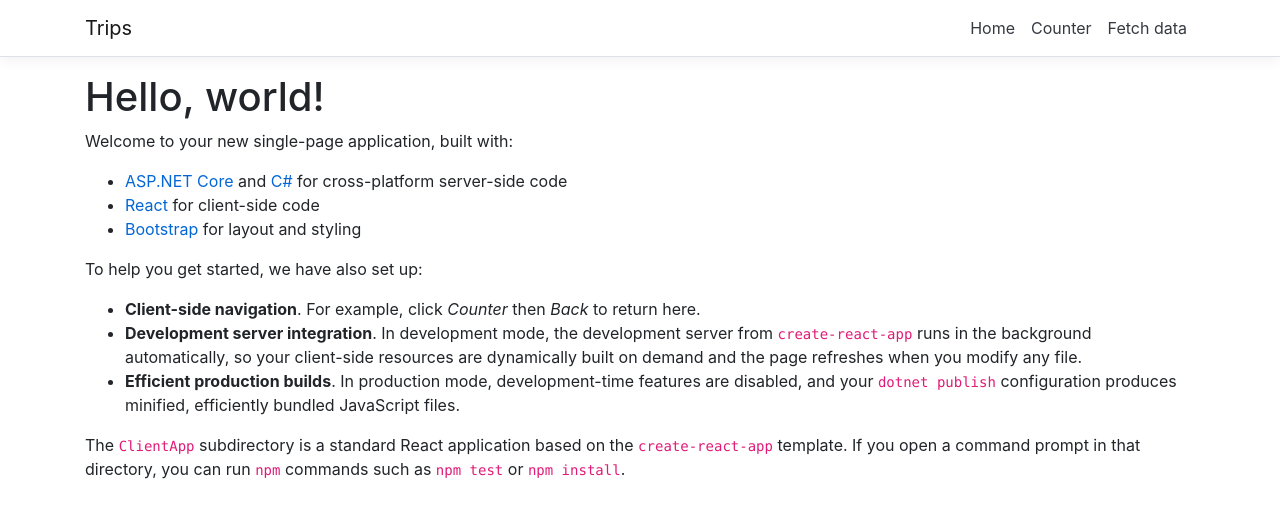
Repository: DevLuDaley/Trips
Page: / (app in ClientApp/)
An editor plug-in stored every save of this project. The page is shown before and after the next save, followed by the edit.
The browser window is 1280 px wide. The pictures show the whole page.
The project was rebuilt for these pictures with package versions that can differ from the ones it lists, and the page was loaded fresh each time. Also part of the build but not shown: ClientApp/src/components/FetchData.js, ClientApp/src/components/Counter.js, ClientApp/src/components/Trip/Trips.jsx.

Above is the page before, as saved 2020-11-06 10:45:52.

### ClientApp/public/index.html
<!DOCTYPE html>
<html lang="en">
  <head>
    <meta charset="utf-8">
    <meta name="viewport" content="width=device-width, initial-scale=1, shrink-to-fit=no">
    <meta name="theme-color" content="#000000">
    <base href="%PUBLIC_URL%/" />
    <!--
      manifest.json provides metadata used when your web app is added to the
      homescreen on Android. See https://developers.google.com/web/fundamentals/engage-and-retain/web-app-manifest/
    -->
    <link rel="manifest" href="%PUBLIC_URL%/manifest.json">
    <link rel="shortcut icon" href="%PUBLIC_URL%/favicon.ico">
    <!--
      Notice the use of %PUBLIC_URL% in the tags above.
      It will be replaced with the URL of the `public` folder during the build.
      Only files inside the `public` folder can be referenced from the HTML.

      Unlike "/favicon.ico" or "favicon.ico", "%PUBLIC_URL%/favicon.ico" will
      work correctly both with client-side routing and a non-root public URL.
      Learn how to configure a non-root public URL by running `npm run build`.
    -->
    <title>Trips</title>
  </head>
  <body>
    <noscript>
      You need to enable JavaScript to run this app.
    </noscript>
    <div id="root"></div>
    <!--
      This HTML file is a template.
      If you open it directly in the browser, you will see an empty page.

      You can add webfonts, meta tags, or analytics to this file.
      The build step will place the bundled scripts into the <body> tag.

      To begin the development, run `npm start` or `yarn start`.
      To create a production bundle, use `npm run build` or `yarn build`.
    -->
  </body>
</html>

### ClientApp/src/App.js
import React, { Component } from 'react';
import { Route } from 'react-router';
import { Layout } from './components/Layout';
import { Home } from './components/Home';
import { FetchData } from './components/FetchData';
import { Counter } from './components/Counter';

import './custom.css'
import Trips from './components/Trip/Trips.jsx';

export default class App extends Component {
  static displayName = App.name;

  render () {
    return (
      <Layout>
        <Route exact path='/' component={Home} />
        <Route path='/counter' component={Counter} />
        <Route path='/fetch-data' component={FetchData} />
        <Route path='/trips' component={Trips} />
      </Layout>
    );
  }
}

### ClientApp/src/components/Home.js
import React, { Component } from 'react';

export class Home extends Component {
  static displayName = Home.name;

  render () {
    return (
      <div>
        <h1>Hello, world!</h1>
        <p>Welcome to your new single-page application, built with:</p>
        <ul>
          <li><a href='https://get.asp.net/'>ASP.NET Core</a> and <a href='https://msdn.microsoft.com/en-us/library/67ef8sbd.aspx'>C#</a> for cross-platform server-side code</li>
          <li><a href='https://facebook.github.io/react/'>React</a> for client-side code</li>
          <li><a href='http://getbootstrap.com/'>Bootstrap</a> for layout and styling</li>
        </ul>
        <p>To help you get started, we have also set up:</p>
        <ul>
          <li><strong>Client-side navigation</strong>. For example, click <em>Counter</em> then <em>Back</em> to return here.</li>
          <li><strong>Development server integration</strong>. In development mode, the development server from <code>create-react-app</code> runs in the background automatically, so your client-side resources are dynamically built on demand and the page refreshes when you modify any file.</li>
          <li><strong>Efficient production builds</strong>. In production mode, development-time features are disabled, and your <code>dotnet publish</code> configuration produces minified, efficiently bundled JavaScript files.</li>
        </ul>
        <p>The <code>ClientApp</code> subdirectory is a standard React application based on the <code>create-react-app</code> template. If you open a command prompt in that directory, you can run <code>npm</code> commands such as <code>npm test</code> or <code>npm install</code>.</p>
      </div>
    );
  }
}

### ClientApp/src/components/NavMenu.js
import React, { Component } from 'react';
import { Collapse, Container, Navbar, NavbarBrand, NavbarToggler, NavItem, NavLink } from 'reactstrap';
import { Link } from 'react-router-dom';
import './NavMenu.css';

export class NavMenu extends Component {
  static displayName = NavMenu.name;

  constructor (props) {
    super(props);

    this.toggleNavbar = this.toggleNavbar.bind(this);
    this.state = {
      collapsed: true
    };
  }

  toggleNavbar () {
    this.setState({
      collapsed: !this.state.collapsed
    });
  }

  render () {
    return (
      <header>
        <Navbar className="navbar-expand-sm navbar-toggleable-sm ng-white border-bottom box-shadow mb-3" light>
          <Container>
            <NavbarBrand tag={Link} to="/trips">Trips</NavbarBrand>
            <NavbarToggler onClick={this.toggleNavbar} className="mr-2" />
            <Collapse className="d-sm-inline-flex flex-sm-row-reverse" isOpen={!this.state.collapsed} navbar>
              <ul className="navbar-nav flex-grow">
                <NavItem>
                  <NavLink tag={Link} className="text-dark" to="/">Home</NavLink>
                </NavItem>
                <NavItem>
                  <NavLink tag={Link} className="text-dark" to="/counter">Counter</NavLink>
                </NavItem>
                <NavItem>
                  <NavLink tag={Link} className="text-dark" to="/fetch-data">Fetch data</NavLink>
                </NavItem>
              </ul>
            </Collapse>
          </Container>
        </Navbar>
      </header>
    );
  }
}

Loaded but not shown: ClientApp/src/index.js (common file); ClientApp/src/registerServiceWorker.js (common file); ClientApp/src/components/Layout.js (common file); ClientApp/src/custom.css (common file); ClientApp/src/components/NavMenu.css (common file)

After the next save:
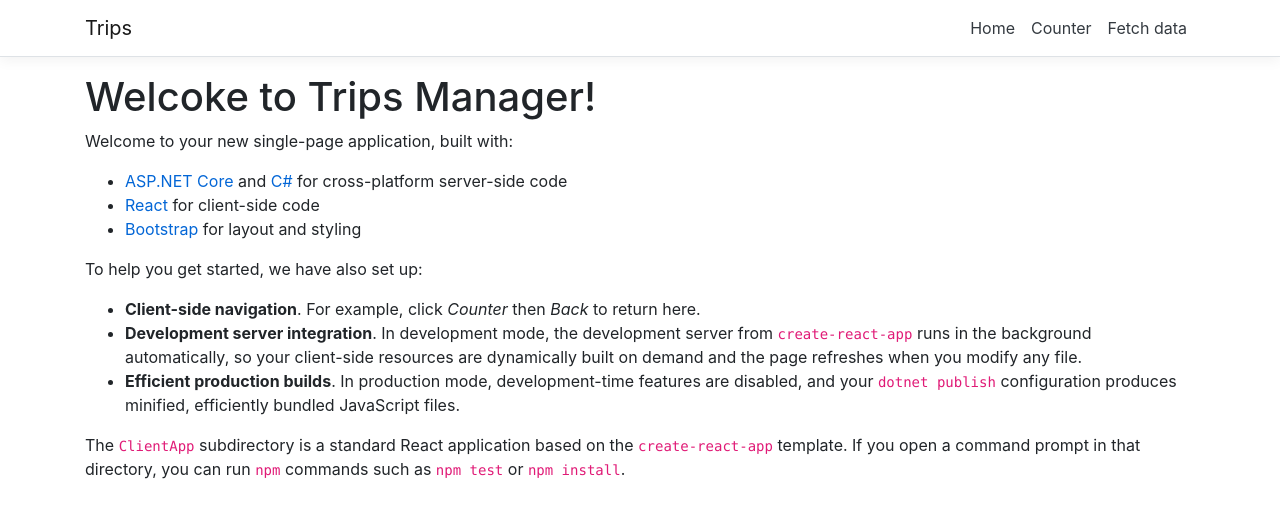
Saved 28 s later.
--- a/ClientApp/src/components/Home.js
+++ b/ClientApp/src/components/Home.js
@@ -6,7 +6,7 @@ export class Home extends Component {
   render () {
     return (
       <div>
-        <h1>Hello, world!</h1>
+        <h1>Welcoke to Trips Manager!</h1>
         <p>Welcome to your new single-page application, built with:</p>
         <ul>
           <li><a href='https://get.asp.net/'>ASP.NET Core</a> and <a href='https://msdn.microsoft.com/en-us/library/67ef8sbd.aspx'>C#</a> for cross-platform server-side code</li>
